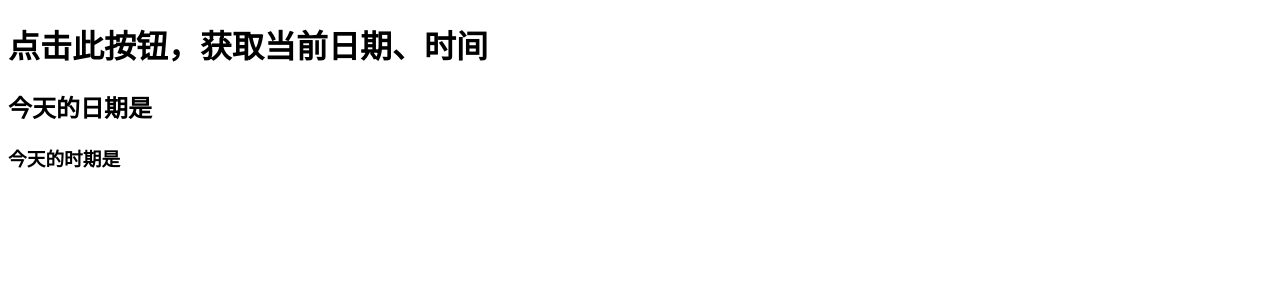
Repository: zhongmoumou/Codes
Page: 测试.html
The author's editor kept a copy of each file at every save. The page is drawn from the files as they stood at one save, then again after the next save.
The browser window is 1280 px wide. The pictures show the whole page.

Above is the page before, as saved 2021-12-08 00:29:56.

After the next save:
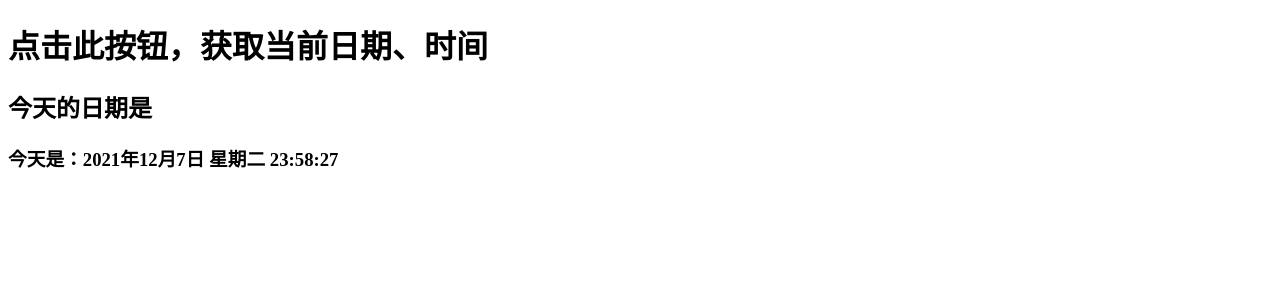
Saved 16 s later.
--- a/测试.html
+++ b/测试.html
@@ -26,10 +26,7 @@
   // 2、不点击，直接让 h3 标签显示当前日期
     let btn3 = document.querySelector('#btn3');
 
-    btn3.onmouseover = function() {
-      btn3.innerText = getDate();
-    }
-
+    btn3.innerText = getDate();
 
 
     // 该函数的作用是：返回当前日期（年/月/日/星期）
